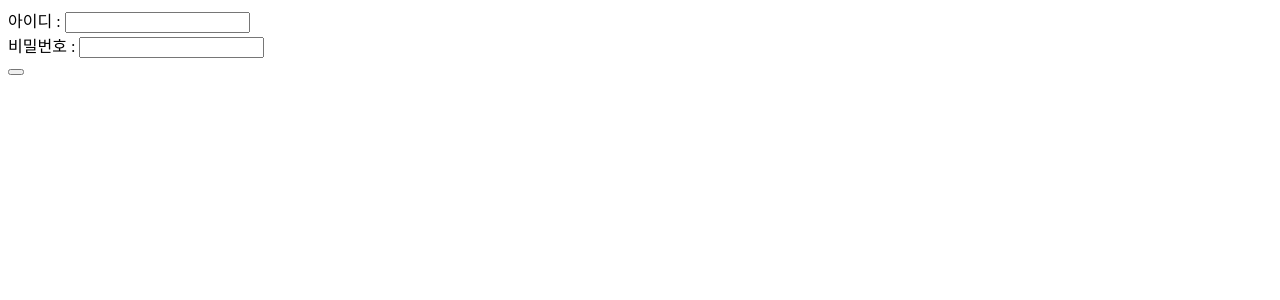
Repository: yuiop241114/MusicCloud
Page: http://localhost/MusicCloud/views/common/menubar.jsp
These files come from the project's save history. The page is drawn as it stood at one moment and after the next save; the edit follows.
The browser window is 1280 px wide. The pictures show the whole page.
The page is served by Tomcat 9. Nobody is signed in. The application's start-up code is not run.

Above is the page before, as saved 2025-02-21 08:22:47.

After the next save:
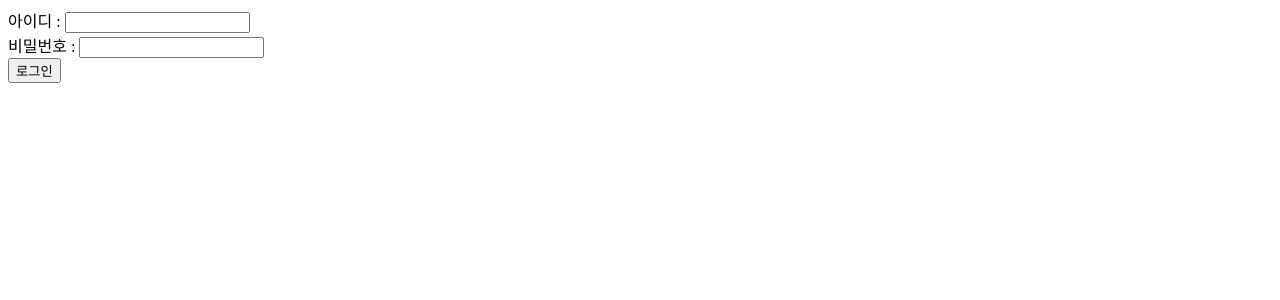
Saved 9 s later.
--- a/MusicCloud/WebContent/views/common/menubar.jsp
+++ b/MusicCloud/WebContent/views/common/menubar.jsp
@@ -13,7 +13,7 @@
 	<form action="<%= contentPath%>/login" method="post">
 	아이디 : <input type="text" name="loginId" required> <br>
 	비밀번호 : <input type="password" name="loginPwd" required> <br>
-	<button></button>
+	<button type="submit">로그인</button>
 	</form>
 </body>
 </html>
